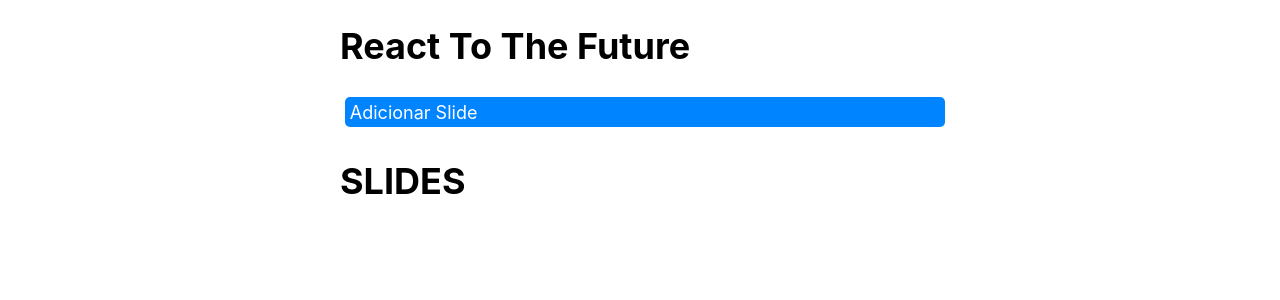
Repository: gotomarcelo/MERN
Page: / (app in cliente/)
The author's editor kept a copy of each file at every save. The page is drawn from the files as they stood at one save, then again after the next save.
The browser window is 1280 px wide. The pictures show the whole page.
The page's requests for data from a server got no answer. The project was rebuilt for these pictures with package versions that can differ from the ones it lists, and the page was loaded fresh each time. No one was signed in, and anything a server would have sent is missing.

Above is the page before, as saved 2022-01-03 11:10:05.

After the next save:
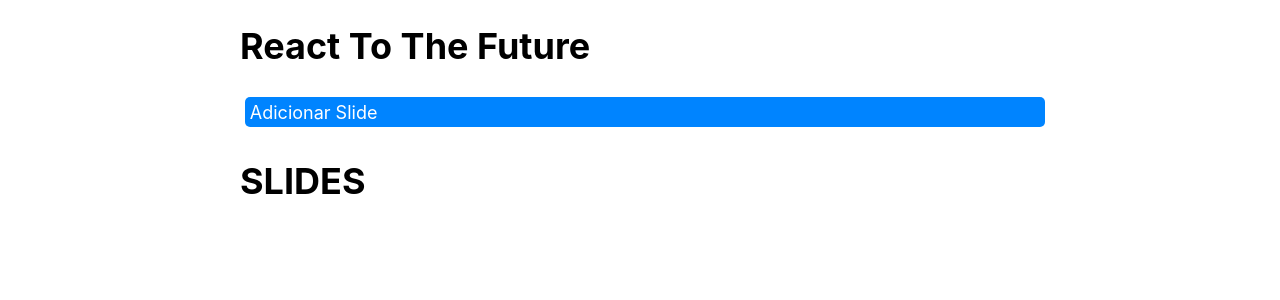
Saved 9 s later.
--- a/cliente/src/App.css
+++ b/cliente/src/App.css
@@ -15,7 +15,7 @@ input, button {
 }
 
 body {
-  max-width: 600px;
+  max-width: 800px;
   font-family: gotham, arial, helvetica, sans-serif;
   font-size: 18px;
   padding: 0;
